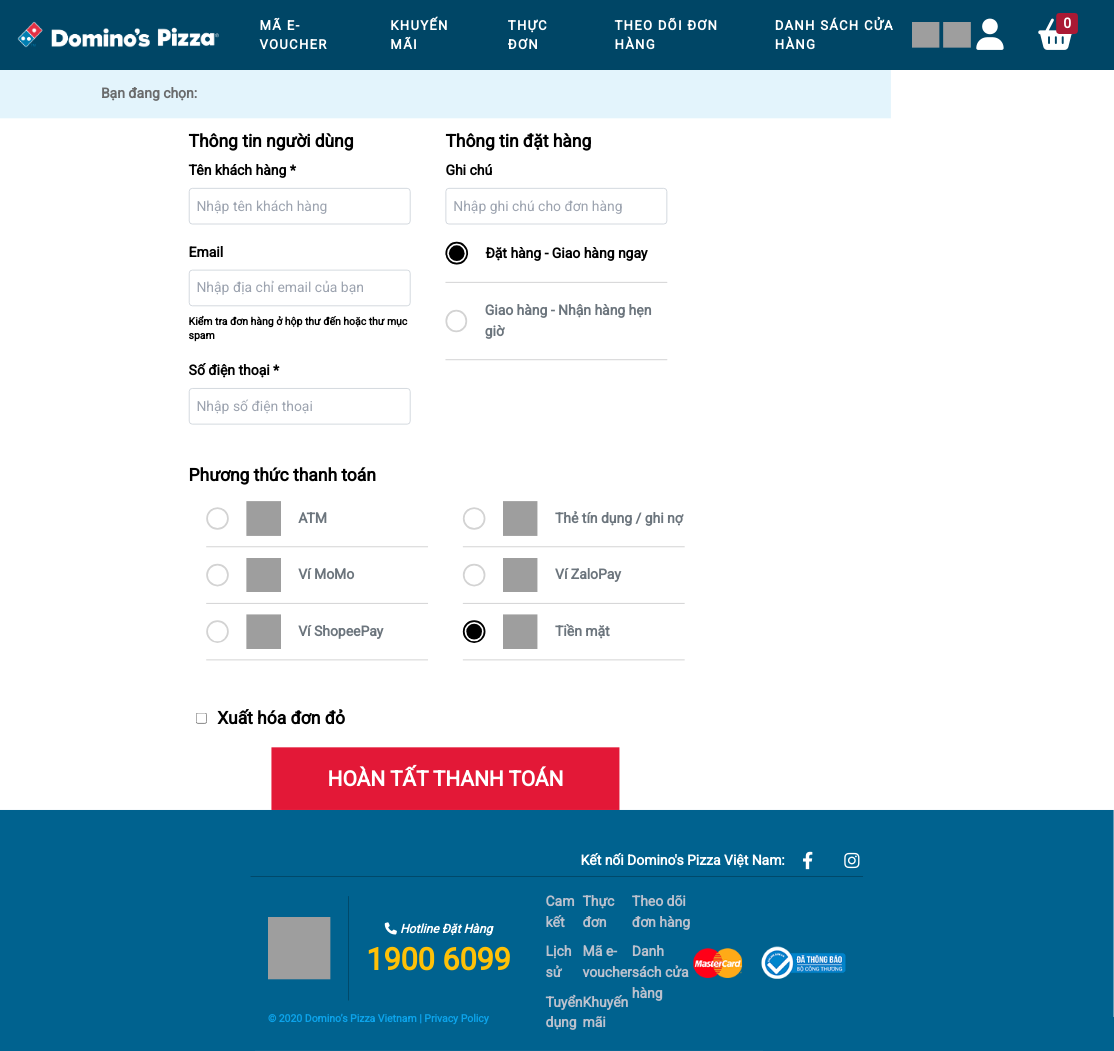
Repository: iphoneboy46/pizza-domino
Page: /thanhtoan
An editor plug-in stored every save of this project. The page is shown before and after the next save, followed by the edit.
The browser window is 1280 px wide. The pictures show the whole page, at 87% of full size.
Pictures or frames that could not be fetched are drawn as grey boxes. The page's requests for data from a server got no answer. Some web libraries are served in a nearby version. The project was rebuilt for these pictures with package versions that can differ from the ones it lists, and the page was loaded fresh each time. No one was signed in, and anything a server would have sent is missing. Also part of the build but not shown: src/components/Slides/Slides.css, src/components/Slides/Slides.js, src/components/SearchAddress/SearchAddress.css, src/components/SearchAddress/SearchAddress.js, src/components/page/Order/Order.js, src/components/page/Home/Home.css, src/components/page/Login/Login.css, src/components/page/InputField/InputField.js and 35 more.

Above is the page before, as saved 2023-03-01 14:15:16.

### public/index.html
<!DOCTYPE html>
<html lang="en">
  <head>
    <meta charset="utf-8" />
    <link rel="icon" href="%PUBLIC_URL%/favicon.ico" />
    <meta name="viewport" content="width=device-width, initial-scale=1" />
    <meta name="theme-color" content="#000000" />
    <meta
      name="description"
      content="Web site created using create-react-app"
    />
    <link rel="apple-touch-icon" href="%PUBLIC_URL%/logo192.png" />
    <link rel="stylesheet" href="https://cdnjs.cloudflare.com/ajax/libs/font-awesome/6.1.2/css/all.min.css" integrity="sha512-1sCRPdkRXhBV2PBLUdRb4tMg1w2YPf37qatUFeS7zlBy7jJI8Lf4VHwWfZZfpXtYSLy85pkm9GaYVYMfw5BC1A==" crossorigin="anonymous" referrerpolicy="no-referrer" />
    <!--
      manifest.json provides metadata used when your web app is installed on a
      user's mobile device or desktop. See https://developers.google.com/web/fundamentals/web-app-manifest/
    -->
    <link rel="manifest" href="%PUBLIC_URL%/manifest.json" />
    <!--
      Notice the use of %PUBLIC_URL% in the tags above.
      It will be replaced with the URL of the `public` folder during the build.
      Only files inside the `public` folder can be referenced from the HTML.

      Unlike "/favicon.ico" or "favicon.ico", "%PUBLIC_URL%/favicon.ico" will
      work correctly both with client-side routing and a non-root public URL.
      Learn how to configure a non-root public URL by running `npm run build`.
    -->
    <title>Pizza-Domino</title>
  </head>
  <body>
    <noscript>You need to enable JavaScript to run this app.</noscript>
    <div id="root"></div>
    <!--
      This HTML file is a template.
      If you open it directly in the browser, you will see an empty page.

      You can add webfonts, meta tags, or analytics to this file.
      The build step will place the bundled scripts into the <body> tag.

      To begin the development, run `npm start` or `yarn start`.
      To create a production bundle, use `npm run build` or `yarn build`.
    -->
  </body>
</html>

### src/App.css
@import url('https://fonts.googleapis.com/css2?family=Roboto:wght@300;400&display=swap');

* {
  padding: 0;
  margin: 0;
  box-sizing: border-box;
  font-family: 'Roboto', sans-serif;

}

ul {
  list-style: none;
}

a {
  text-decoration: none;
}

/* width */
::-webkit-scrollbar {
  width: 8px;
  z-index: 1;
}

/* Track */
::-webkit-scrollbar-track {
  background: transparent;
  z-index: 1;
}

/* Handle */
::-webkit-scrollbar-thumb {

  background: #bcc1cb;
  border-radius: 4px;
  z-index: 1;
}



/* Handle on hover */
::-webkit-scrollbar-thumb:hover {
  background: #555;
  z-index: 1;
}

.modal {
  position: fixed;
  top: 0;
  left: 0;
  right: 0;
  bottom: 0;
  z-index: 999;
  width: 100%;
  height: 100vh;
  background-color: rgba(31, 31, 31, 0.595);
}

@media only screen and (max-width: 768px) {
  ::-webkit-scrollbar{
    width: 8px;
    height: 4px;
    z-index: 1;
  }

  ::-webkit-scrollbar-thumb {
    background: #bcc1cb;
    border-radius: 4px;
    z-index: 1;
  }

}

### src/components/Store/Context.js
import {createContext} from 'react';

const Store = createContext();

export default Store;

### src/components/page/ThanhToan/ThanhToan.js
import React, { useContext, useState } from "react";
import Context from "../../Store/Context";
import { FastField, Formik } from "formik";
import * as Yup from "yup";
import InputField2 from "../InputField/InputField2";
import "./ThanhToan.css";
import Select from "react-select";
import { options } from "./Options";

function ThanhToan() {
  const { orderAddress } = useContext(Context);
  const [checked, setChecked] = useState(1);
  const [checkedPay, setCheckedPay] = useState(6);
  const [isChecked, setIsChecked] = useState(false);
  const [checkBox, setCheckBox] = useState(false);

  const initialValues = {
    email: "",
    password: "",
  };

  const validationSchema = Yup.object().shape({
    name: Yup.string().required("Vui lòng nhập tên khách hàng!"),
    nameCompany: Yup.string().required("Vui lòng nhập tên công ty"),
    address: Yup.string().required("Vui lòng nhập địa chỉ công ty"),
    masothue: Yup.number().required("Vui lòng nhập mã số thuế"),
    emailDienTu: Yup.string()
      .email()
      .required("Vui lòng nhập Email nhận hóa đơn điện tử"),
    phone: Yup.number().required("Vui lòng nhập số điện thoại!"),
  });

  const handleChecked = (id) => {
    setChecked(id);
    if (id === 2) {
      setIsChecked(true);
    } else {
      setIsChecked(false);
    }
  };

  const handleCheckedPay = (id) => {
    setCheckedPay(id);
  };

  const handleCheckBox = (id) => {
    setCheckBox(id);
  };

  return (
    <Formik initialValues={initialValues} validationSchema={validationSchema}>
      <div className="flex justify-between h-[auto] w-[100%]">
        <div className="pt-[80px] w-[80%] overflow-hidden">
          <div className="bg-[#e3f4fc] lg:flex md:flex hidden justify-between items-center">
            <div className="flex items-center  p-4 lg:ml-[100px] md:ml-100px text-[#6a6b6c] font-semibold">
              <h1 className="mr-5">Bạn đang chọn:</h1>
              <h1 className="mr-5 text-[#de1736]">
                {orderAddress.takeAway || orderAddress.deliver}
              </h1>
              <h1>{orderAddress.address}</h1>
            </div>
          </div>
          <div className="w-[60%] m-[auto] flex justify-between items-start p-3">
            <div className="flex-1 mr-10">
              <h1 className="font-bold text-xl mb-2">Thông tin người dùng</h1>
              <label className="font-bold block mb-2" htmlFor="name">
                Tên khách hàng *
              </label>
              <FastField
                name="name"
                component={InputField2}
                placeholder="Nhập tên khách hàng"
                type="text"
              />

              <label className="font-bold block mb-2" htmlFor="email">
                Email
              </label>
              <FastField
                name="email"
                component={InputField2}
                //prop truyen vao input field

                type="email"
                placeholder="Nhập địa chỉ email của bạn"
              />
              <span className="mt-[-10px] block text-xs font-bold mb-5">
                Kiểm tra đơn hàng ở hộp thư đến hoặc thư mục spam
              </span>

              <label className="font-bold block mb-2" htmlFor="email">
                Số điện thoại *
              </label>

              <FastField
                name="phone"
                component={InputField2}
                placeholder="Nhập số điện thoại"
              />
            </div>
            <div className="flex-1 mr-10">
              <h1 className="font-bold text-xl mb-2">Thông tin đặt hàng</h1>
              <label className="font-bold block mb-2" htmlFor="name">
                Ghi chú
              </label>
              <FastField
                name="ghichu"
                component={InputField2}
                placeholder="Nhập ghi chú cho đơn hàng"
                type="text"
              />
              <div>
                <div className="dat-thanh-toan flex items-center mb-5 border-b-[1px] border-[#CDCDCE] pb-5">
                  <input
                    className="input-thanh-toan"
                    id="dathang"
                    type="radio"
                    value="Đặt hàng - Giao hàng ngay"
                    checked={checked === 1}
                    onChange={() => {
                      handleChecked(1);
                    }}
                  />

                  <label for="dathang"></label>
                  <p
                    className={
                      checked === 1
                        ? "ml-5 text-[black] font-bold"
                        : "text-[#6c757d] ml-5 font-bold"
                    }
                  >
                    Đặt hàng - Giao hàng ngay
                  </p>
                </div>
                <div className="dat-thanh-toan flex items-center w-[100%] my-5 border-b-[1px] border-[#CDCDCE] pb-5">
                  <input
                    className="input-thanh-toan"
                    id="giaohang"
                    type="radio"
                    value="Giao hàng - Nhận hàng hẹn giờ"
                    checked={checked === 2}
                    onChange={() => {
                      handleChecked(2);
                    }}
                  />

                  <label for="giaohang"></label>
                  <p
                    className={
                      checked === 2
                        ? "ml-5 text-[black] font-bold"
                        : "text-[#6c757d] ml-5 font-bold"
                    }
                  >
                    Giao hàng - Nhận hàng hẹn giờ
                  </p>
                </div>
                {isChecked && (
                  <div className="w-[100%]">
                    <Select
                      placeholder="Chọn giờ nhận hàng"
                      options={options}
                    />
                  </div>
                )}
              </div>
            </div>
          </div>
          <div className="w-[60%] m-[auto] p-3">
            <h1 className="font-bold text-xl mb-2">Phương thức thanh toán</h1>
            <div className="w-[100%] flex justify-between items-center px-5 py-2">
              <div className="w-[100%] mr-5">
                <div className="dat-thanh-toan flex items-center w-[100%] mb-3 border-b-[1px] border-[#CDCDCE] pb-3">
                  <input
                    className="input-thanh-toan"
                    id="atm"
                    type="radio"
                    value="Đặt hàng - Giao hàng ngay"
                    checked={checkedPay === 1}
                    onChange={() => {
                      handleCheckedPay(1);
                    }}
                  />

                  <label for="atm"></label>
                  <p
                    className={
                      checkedPay === 1
                        ? "ml-5 text-[black] font-bold flex items-center"
                        : "text-[#6c757d] ml-5 font-bold flex items-center"
                    }
                  >
                    <img
                      className="w-[40px] h-[40px] mr-5"
                      src="https://img.dominos.vn/icon-payment-method-atm.png"
                      alt=""
                    />{" "}
                    ATM
                  </p>
                </div>
                <div className="dat-thanh-toan flex items-center w-[100%] mb-3 border-b-[1px] border-[#CDCDCE] pb-3">
                  <input
                    className="input-thanh-toan"
                    id="momo"
                    type="radio"
                    value="Đặt hàng - Giao hàng ngay"
                    checked={checkedPay === 2}
                    onChange={() => {
                      handleCheckedPay(2);
                    }}
                  />

                  <label for="momo"></label>
                  <p
                    className={
                      checkedPay === 2
                        ? "ml-5 text-[black] font-bold flex items-center"
                        : "text-[#6c757d] ml-5 font-bold flex items-center"
                    }
                  >
                    <img
                      className="w-[40px] h-[40px] mr-5"
                      src="https://img.dominos.vn/icon-payment-method-mo-mo.png"
                      alt=""
                    />{" "}
                    Ví MoMo
                  </p>
                </div>
                <div className="dat-thanh-toan flex items-center w-[100%] mb-3 border-b-[1px] border-[#CDCDCE] pb-3">
                  <input
                    className="input-thanh-toan"
                    id="shopee"
                    type="radio"
                    value="Đặt hàng - Giao hàng ngay"
                    checked={checkedPay === 3}
                    onChange={() => {
                      handleCheckedPay(3);
                    }}
                  />

                  <label for="shopee"></label>
                  <p
                    className={
                      checkedPay === 3
                        ? "ml-5 text-[black] font-bold flex items-center"
                        : "text-[#6c757d] ml-5 font-bold flex items-center"
                    }
                  >
                    <img
                      className="w-[40px] h-[40px] mr-5"
                      src="https://img.dominos.vn/shoppepay.png"
                      alt=""
                    />{" "}
                    Ví ShopeePay
                  </p>
                </div>
              </div>
              <div className="w-[100%] ml-5">
                <div className="dat-thanh-toan flex items-center w-[100%] mb-3 border-b-[1px] border-[#CDCDCE] pb-3">
                  <input
                    className="input-thanh-toan"
                    id="tindung"
                    type="radio"
                    value="Đặt hàng - Giao hàng ngay"
                    checked={checkedPay === 4}
                    onChange={() => {
                      handleCheckedPay(4);
                    }}
                  />

                  <label for="tindung"></label>
                  <p
                    className={
                      checkedPay === 4
                        ? "ml-5 text-[black] font-bold flex items-center"
                        : "text-[#6c757d] ml-5 font-bold flex items-center"
                    }
                  >
                    <img
                      className="w-[40px] h-[40px] mr-5"
                      src="https://img.dominos.vn/icon-payment-method-credit.png"
                      alt=""
                    />{" "}
                    Thẻ tín dụng / ghi nợ
                  </p>
                </div>
                <div className="dat-thanh-toan flex items-center w-[100%] mb-3 border-b-[1px] border-[#CDCDCE] pb-3">
                  <input
                    className="input-thanh-toan"
                    id="zalo"
                    type="radio"
                    value="Đặt hàng - Giao hàng ngay"
                    checked={checkedPay === 5}
                    onChange={() => {
                      handleCheckedPay(5);
                    }}
                  />

                  <label for="zalo"></label>
                  <p
                    className={
                      checkedPay === 5
                        ? "ml-5 text-[black] font-bold flex items-center"
                        : "text-[#6c757d] ml-5 font-bold flex items-center"
                    }
                  >
                    <img
                      className="w-[40px] h-[40px] mr-5"
                      src="https://img.dominos.vn/icon-payment-method-zalo-pay.png"
                      alt=""
                    />{" "}
                    Ví ZaloPay
                  </p>
                </div>
                <div className="dat-thanh-toan flex items-center w-[100%] mb-3 border-b-[1px] border-[#CDCDCE] pb-3">
                  <input
                    className="input-thanh-toan"
                    id="tienmat"
                    type="radio"
                    value="Đặt hàng - Giao hàng ngay"
                    checked={checkedPay === 6}
                    onChange={() => {
                      handleCheckedPay(6);
                    }}
                  />

                  <label for="tienmat"></label>
                  <p
                    className={
                      checked === 6
                        ? "ml-5 text-[black] font-bold flex items-center"
                        : "text-[#6c757d] ml-5 font-bold flex items-center"
                    }
                  >
                    <img
                      className="w-[40px] h-[40px] mr-5"
                      src="https://img.dominos.vn/cash.png"
                      alt=""
                    />{" "}
                    Tiền mặt
                  </p>
                </div>
              </div>
            </div>
          </div>
          <div className="w-[60%] m-[auto] p-5">
            <div className="flex items-center">
              <input
                onChange={() => {
                  handleCheckBox(!checkBox);
                }}
                type="checkbox"
                checked={checkBox}
              />{" "}
              <h1 className="text-xl font-bold ml-3">Xuất hóa đơn đỏ</h1>
            </div>
            {checkBox && (
              <div className="flex justify-between items-start w-[100%]">
                <div className="w-[100%] mr-5">
                  <label className="font-bold block mb-2" htmlFor="nameCompany">
                    Tên công ty *
                  </label>
                  <FastField
                    name="nameCompany"
                    component={InputField2}
                    placeholder="Nhập tên công ty"
                    type="text"
                  />

                  <label className="font-bold block mb-2" htmlFor="address">
                    Địa chỉ *
                  </label>
                  <FastField
                    name="address"
                    component={InputField2}
                    //prop truyen vao input field

                    type="text"
                    placeholder="Nhập địa chỉ"
                  />
                </div>
                <div className="w-[100%] ml-5">
                  <div className="w-[100%]">
                    <label className="font-bold block mb-2" htmlFor="masothue">
                      Mã số thuế *
                    </label>
                    <div className="flex w-[100%]">
                      <div className="w-[80%]">
                        <FastField
                          name="masothue"
                          component={InputField2}
                          placeholder="Nhập mã số thuế"
                          type="text"
                        />
                      </div>
                      <div className="w-[20%] flex justify-center items-center font-bold bg-[#E31837] h-[41px] text-white cursor-pointer select-none">
                        Kiểm tra
                      </div>
                    </div>
                  </div>

                  <label className="font-bold block mb-2" htmlFor="emailDienTu">
                    Email nhận hóa đơn điện tử *
                  </label>
                  <FastField
                    name="emailDienTu"
                    component={InputField2}
                    //prop truyen vao input field

                    type="email"
                    placeholder="Nhập Email nhận hóa đơn điện tử"
                  />
                </div>
              </div>
            )}
          </div>
          <div className="m-auto font-bold text-2xl uppercase bg-[#E31837] w-[400px] p-5 text-center text-white">Hoàn tất thanh toán</div>
        </div>

        <div className="w-[20%]"></div>
      </div>
    </Formik>
  );
}

export default ThanhToan;

### src/components/page/ThanhToan/ThanhToan.css
.dat-thanh-toan > label{
    width: 26px;
    height: 26px;
    border: 2px solid lightgrey;
    border-radius: 50%;
    display: inline-block;
    position: relative;
}

.dat-thanh-toan > label:after {
    content: "";
    position: absolute;
    width: 18px;
    height: 18px;
    border-radius: 50%;
    top: 50%;
    left: 50%;
    transform: translate(-50%,-50%);
    background-color:black;
    display: none;
}

.dat-thanh-toan > label::before {
    content: "";
    width: 26px;
    height: 26px;
    border: 2px solid black;
    border-radius: 50%;
    display: inline-block;
    position: absolute;
    top: -2px;
    left: -2px;
    display: none;
}


/* .input-dat-hang{
    display: block !important;
} */

.input-thanh-toan:checked ~  label::after {
    display: block;
}



.input-thanh-toan:checked ~  label::before {
    display: block;
}

### src/components/page/SignIn/SignIn.css
.email:focus{
    border-color:#80bdff !important;
    border-style: solid;
    outline: none;
    box-shadow: 0px 0px 12px #80bdff;
}

.pass-word:focus{
    border-color:#80bdff !important;
    border-style: solid;
    outline: none;
    box-shadow: 0px 0px 12px #80bdff;
}

### src/components/page/Order/Order.css
input[type="radio"] {
    display: none;
}

.labelOd:before {
    width: 30px;
    height: 30px;
    border-radius: 50%;
    position: absolute;
    top: -4px;
    left: -35px;
    content: '';
    background: #fff;
    border: 1px solid lightgray;
}

input[type="radio"]:checked ~ .labelOd:after {
    width: 20px;
    height: 20px;
    border-radius: 50%;
    position: absolute;
    top: 1px;
    left: -30px;
    content: '';
    background:black;
}

input[type="radio"]:checked ~ .labelOd::before {
    width: 30px;
    height: 30px;
    border-radius: 50%;
    position: absolute;
    padding: 10px;
    top: -4px;
    left: -35px;
    content: '';
    border: 1px solid black;
}

### src/components/page/OrderEdit/OrderEdit.css
input[type="radio"] {
    display: none;
}

.labelOd:before {
    width: 30px;
    height: 30px;
    border-radius: 50%;
    position: absolute;
    top: -4px;
    left: -35px;
    content: '';
    background: #fff;
    border: 1px solid lightgray;
}

input[type="radio"]:checked ~ .labelOd:after {
    width: 20px;
    height: 20px;
    border-radius: 50%;
    position: absolute;
    top: 1px;
    left: -30px;
    content: '';
    background:black;
}

input[type="radio"]:checked ~ .labelOd::before {
    width: 30px;
    height: 30px;
    border-radius: 50%;
    position: absolute;
    padding: 10px;
    top: -4px;
    left: -35px;
    content: '';
    border: 1px solid black;
}

Loaded but not shown: src/index.css (common file); src/reportWebVitals.js (common file); src/components/Data/Data.js (1146 lines, source omitted); src/components/Header/Header.js (198 lines, source omitted); src/components/Store/Provider.js (185 lines, source omitted); src/components/Footer/Footer.js (105 lines, source omitted); src/components/page/ThanhToan/Options.js (271 lines, source omitted); src/App.js (95 lines, source omitted); src/routes/Routes.js (31 lines, source omitted); src/components/page/InputField/InputField2.js (30 lines, source omitted); src/index.js (21 lines, source omitted); tailwind.config.js (20 lines, source omitted)

After the next save:
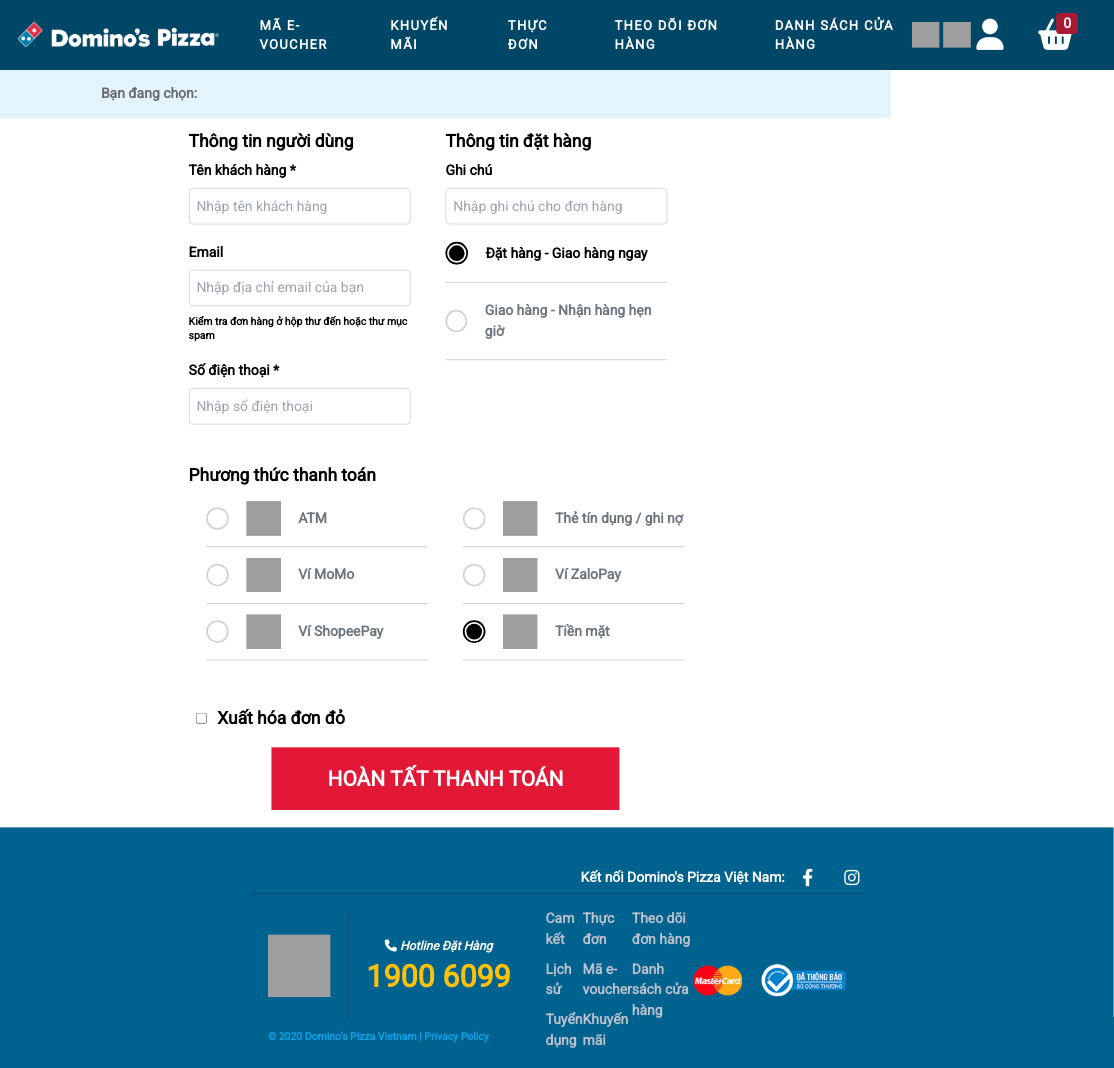
Saved 22 s later.
--- a/src/components/page/ThanhToan/ThanhToan.js
+++ b/src/components/page/ThanhToan/ThanhToan.js
@@ -415,7 +415,7 @@
               </div>
             )}
           </div>
-          <div className="m-auto font-bold text-2xl uppercase bg-[#E31837] w-[400px] p-5 text-center text-white">Hoàn tất thanh toán</div>
+          <div className="m-auto font-bold text-2xl uppercase bg-[#E31837] w-[400px] p-5 text-center text-white mb-5">Hoàn tất thanh toán</div>
         </div>
 
         <div className="w-[20%]"></div>
